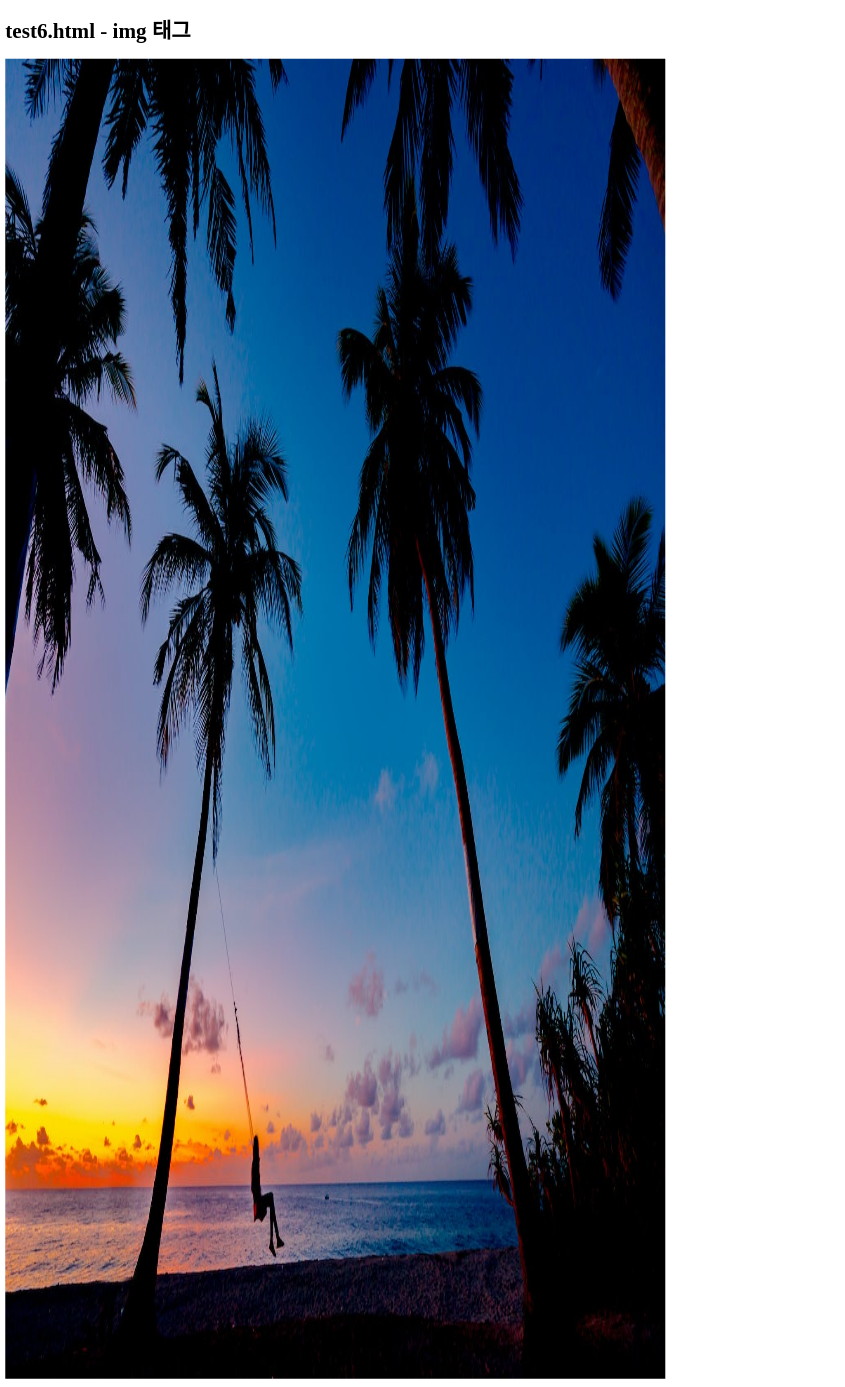
Repository: KimMinseooo/itwillStudy
Page: BACKEND/JSP/workspace_jsp/StudyHTML/src/main/webapp/1024/test6.html
These files come from the project's save history. The page is drawn as it stood at one moment and after the next save; the edit follows.
The browser window is 1280 px wide. The pictures show the whole page, at 66% of full size.

Above is the page before, as saved 2024-10-24 02:35:55.

After the next save:
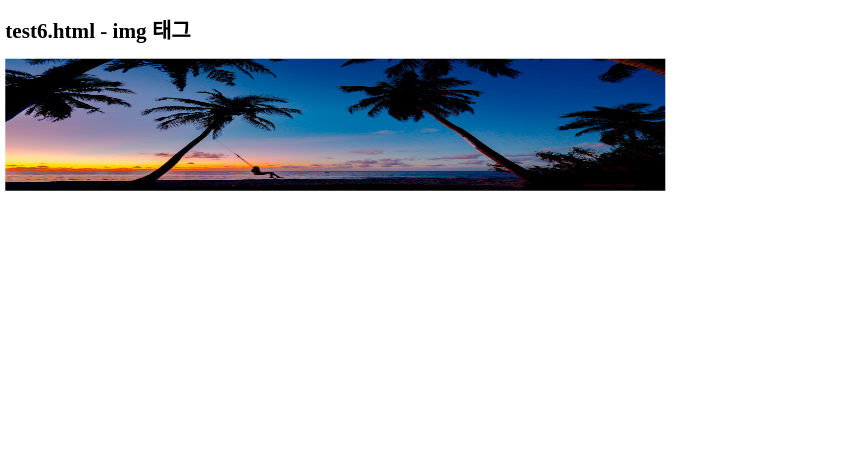
Saved 7 s later.
--- a/BACKEND/JSP/workspace_jsp/StudyHTML/src/main/webapp/1024/test6.html
+++ b/BACKEND/JSP/workspace_jsp/StudyHTML/src/main/webapp/1024/test6.html
@@ -7,7 +7,7 @@
 <body>
 	<h1>test6.html - img 태그 </h1>
 
-	<img alt="" src="1.jpg" width="1000" height="2000">
+	<img alt="" src="1.jpg" width="1000" height="200">
 
 </body>
 </html>
